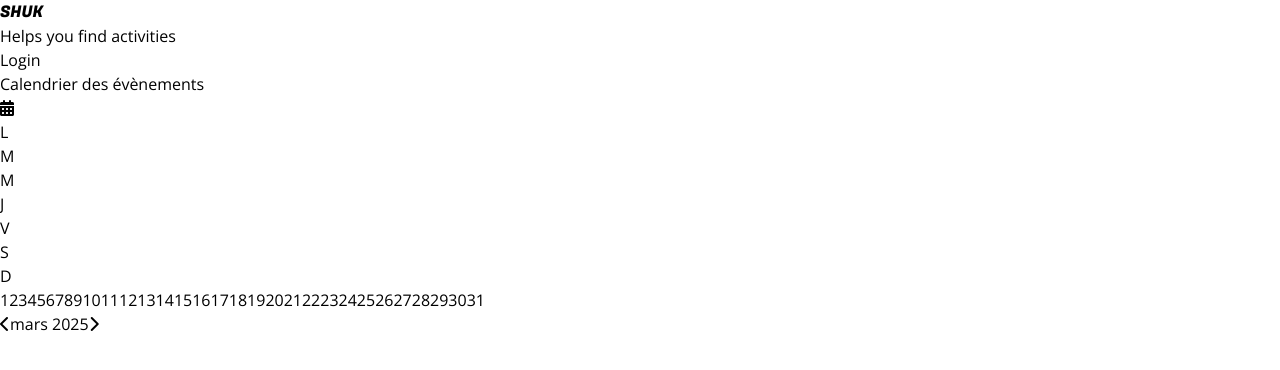
Repository: Yruamaaaa/uqac_app_test1
Page: /, after clicking the first element matching `button.text-gray-600`
An editor plug-in stored every save of this project. The page is shown before and after the next save, followed by the edit.
The browser window is 1280 px wide. The pictures show the whole page.
The page's requests for data from a server got no answer. The project was rebuilt for these pictures with package versions that can differ from the ones it lists, and the page was loaded fresh each time. The framework's server and built-in components were replaced by stand-ins that run in the browser. No one was signed in, and anything a server would have sent is missing. Also part of the build but not shown: next.config.js, next.config.mjs, components/Logout.js, components/Loading.js.

Above is the page before, as saved 2025-04-05 19:16:09.

### app/layout.js
import { Fugaz_One, Open_Sans } from "next/font/google";
import "./globals.css";
import Link from "next/link";
import { AuthProvider } from "@/context/AuthContext";
import Head from "./head";
import Logout from "@/components/Logout";

const open_sans = Open_Sans({ subsets: ["latin"] });
const fugaz = Fugaz_One({ subsets: ["latin"], weight: ['400'] });

export const metadata = {
  title: "Shuk",
  description: "Track your daily activity every day of the year!",
};

export default function RootLayout({ children }) {
  return (
    <html lang="en">
      <Head />
      <body className={'w-full mx-auto text-sm sm:text-base min-h-screen flex flex-col text-slate-800 ' + open_sans.className}>
        <AuthProvider>
          {children}
        </AuthProvider>
      </body>
    </html>
  );
}

### app/page.js
'use client'
import { Fugaz_One } from 'next/font/google'
import { useAuth } from '@/context/AuthContext'
import { useRouter } from 'next/navigation'
import dynamic from 'next/dynamic'
import Loading from '@/components/Loading'
import Calendar from '@/components/Calendar'

const fugaz = Fugaz_One({ subsets: ["latin"], weight: ['400'] })

// Dynamically import Button to avoid hydration issues
const Button = dynamic(() => import('@/components/Button'), {
    ssr: false,
    loading: () => <Loading />
})

export default function Home() {
    const { currentUser, loading } = useAuth()
    const router = useRouter()

    if (loading) {
        return <Loading />
    }

    return (
        <main className="min-h-screen flex flex-col items-center p-4 max-w-5xl mx-auto w-full">
            <div className="text-center space-y-4 mb-8 pt-16 md:pt-24">
                <h1 className={`text-4xl md:text-6xl ${fugaz.className}`}>
                    SHUK
                </h1>
                <p className="text-base md:text-lg text-gray-600">
                    Helps you find activities
                </p>
                <div className="mt-4 max-w-xs mx-auto">
                    {currentUser ? (
                        <Button
                            text="Go to Dashboard"
                            onClick={() => router.push('/dashboard')}
                            full
                        />
                    ) : (
                        <Button
                            text="Login"
                            onClick={() => router.push('/login')}
                            full
                        />
                    )}
                </div>
            </div>

            <div className="w-full bg-white rounded-xl shadow-sm p-4 transform scale-90">
                <Calendar defaultView="week" />
            </div>
        </main>
    )
}

### app/globals.css
@tailwind base;
@tailwind components;
@tailwind utilities;

.textGradient {
  background : -webkit-linear-gradient(#000000,#6a6a6a);
  -webkit-background-clip: text;
  -webkit-text-fill-color: transparent;
}

.purpleShadow {
  box-shadow: 3px 3px 1px 1px rgb(141, 197, 235);
}

.purpleShadow:hover {
  transform: translate(3px, 3px);
  box-shadow: 0px 0px 1px 1px rgb(141, 197, 235);
}

### app/head.js
import React from 'react'

export default function Head() {
    return (
        <head>
            <link rel="icon" href="favicon.png" sizes="any" />
            <link rel="stylesheet" href="https://cdnjs.cloudflare.com/ajax/libs/font-awesome/6.5.2/css/all.min.css" integrity="sha512-SnH5WK+bZxgPHs44uWIX+LLJAJ9/2PkPKZ5QiAj6Ta86w+fsb2TkcmfRyVX3pBnMFcV7oQPJkl9QevSCWr3W6A==" crossOrigin="anonymous" referrerPolicy="no-referrer" />
        </head>
    )
}

### components/Calendar.js
'use client'
import React, { useState, useEffect } from 'react'
import { db } from '@/firebase'
import { collection, query, where, getDocs } from 'firebase/firestore'
import { useAuth } from '@/context/AuthContext'
import Image from 'next/image'

// Generate hours from 8am to 10pm
const hours = Array.from({ length: 15 }, (_, i) => i + 8)

export default function Calendar() {
    const [isMonthView, setIsMonthView] = useState(false)
    const [currentDate, setCurrentDate] = useState(new Date())
    const [events, setEvents] = useState([])
    const [loading, setLoading] = useState(true)
    const [selectedEvent, setSelectedEvent] = useState(null)
    const { currentUser } = useAuth()

    // Get current day and calculate week start/end
    const today = new Date()
    const startOfWeek = new Date(currentDate)
    startOfWeek.setDate(currentDate.getDate() - currentDate.getDay() + 1) // Start from Monday
    const dates = []

    // Generate dates for week view
    if (!isMonthView) {
        for (let i = 0; i < 7; i++) {
            const date = new Date(startOfWeek)
            date.setDate(startOfWeek.getDate() + i)
            dates.push(date)
        }
    }

    // Fetch events from Firestore
    useEffect(() => {
        const fetchEvents = async () => {
            try {
                setLoading(true)
                const eventsRef = collection(db, 'events')
                const q = query(eventsRef, where('status', '==', 'active'))
                const querySnapshot = await getDocs(q)

                const eventsData = querySnapshot.docs.map(doc => ({
                    id: doc.id,
                    ...doc.data()
                }))

                setEvents(eventsData)
            } catch (error) {
                console.error('Error fetching events:', error)
            } finally {
                setLoading(false)
            }
        }

        fetchEvents()
    }, [currentDate]) // Refetch when date changes

    // Navigate between weeks/months
    const navigateDate = (direction) => {
        const newDate = new Date(currentDate)
        if (isMonthView) {
            newDate.setMonth(currentDate.getMonth() + direction)
        } else {
            newDate.setDate(currentDate.getDate() + (direction * 7))
        }
        setCurrentDate(newDate)
    }

    // Check if a date is today
    const isToday = (date) => {
        return date.toDateString() === today.toDateString()
    }

    // Format date for display
    const formatDate = (date) => {
        return date.getDate()
    }

    // Format hour for display
    const formatHour = (hour) => {
        return `${hour}:00`
    }

    // Get events for a specific day and hour
    const getEvents = (date, hour) => {
        return events.filter(event => {
            const eventDate = new Date(event.date)
            return eventDate.toDateString() === date.toDateString() &&
                   event.startHour === hour
        })
    }

    // Calculate event height based on duration
    const getEventHeight = (duration) => {
        return `${duration * 48}px` // 48px is the height of one hour slot
    }

    // Get color class based on sport type
    const getEventColor = (sportType) => {
        const colors = {
            football: 'bg-blue-100 border-blue-300 text-blue-700',
            basketball: 'bg-orange-100 border-orange-300 text-orange-700',
            tennis: 'bg-green-100 border-green-300 text-green-700',
            badminton: 'bg-purple-100 border-purple-300 text-purple-700',
            running: 'bg-red-100 border-red-300 text-red-700',
            gym: 'bg-yellow-100 border-yellow-300 text-yellow-700',
            other: 'bg-gray-100 border-gray-300 text-gray-700'
        }
        return colors[sportType] || colors.other
    }

    return (
        <div className="mt-6">
            <div className="flex items-center justify-between mb-2">
                <h2 className="font-medium">Calendrier des évènements</h2>
                <div className="flex items-center gap-2">
                    {currentUser && (
                        <a
                            href="/events/create"
                            className="text-gray-600 hover:text-gray-800 transition-colors"
                            title="Créer un nouvel événement"
                        >
                            <i className="fa-solid fa-plus"></i>
                        </a>
                    )}
                    <button
                        onClick={() => setIsMonthView(!isMonthView)}
                        className="text-gray-600 hover:text-gray-800 transition-colors"
                        title={isMonthView ? "Switch to week view" : "Switch to month view"}
                    >
                        <i className={`fa-solid ${isMonthView ? 'fa-calendar-days' : 'fa-calendar'}`}></i>
                    </button>
                </div>
            </div>
            <div className="bg-white rounded-xl p-4 shadow-sm overflow-hidden">
                {isMonthView ? (
                    // Month view
                    <>
                        <div className="grid grid-cols-7 gap-1">
                            <div className="text-center text-sm text-gray-500">L</div>
                            <div className="text-center text-sm text-gray-500">M</div>
                            <div className="text-center text-sm text-gray-500">M</div>
                            <div className="text-center text-sm text-gray-500">J</div>
                            <div className="text-center text-sm text-gray-500">V</div>
                            <div className="text-center text-sm text-gray-500">S</div>
                            <div className="text-center text-sm text-gray-500">D</div>

                            {Array.from({ length: 31 }, (_, i) => {
                                const date = new Date(currentDate.getFullYear(), currentDate.getMonth(), i + 1)
                                return (
                                    <button
                                        key={i}
                                        className={`text-center py-1 text-sm rounded-full transition-colors
                                            ${isToday(date) ? 'bg-black text-white' : 'hover:bg-gray-100'}`}
                                    >
                                        {i + 1}
                                    </button>
                                )
                            })}
                        </div>
                    </>
                ) : (
                    // Week view
                    <div className="relative max-h-[calc(100vh-16rem)] overflow-y-auto">
                        {/* Scrollable content */}
                        <div className="overflow-x-auto">
                            <div className="min-w-[500px] sm:min-w-[600px] md:min-w-[800px]">
                                {/* Week header */}
                                <div className="grid grid-cols-8 gap-1 mb-2 border-b pb-2 sticky top-0 bg-white z-10">
                                    <div className="w-16"></div> {/* Spacer for hours column */}
                                    {dates.map((date, i) => (
                                        <div
                                            key={i}
                                            className={`text-center text-sm ${isToday(date) ? 'font-bold' : ''}`}
                                        >
                                            <div className="hidden sm:block">{['Lundi', 'Mardi', 'Mercredi', 'Jeudi', 'Vendredi', 'Samedi', 'Dimanche'][i]}</div>
                                            <div className="sm:hidden">{['Lun', 'Mar', 'Mer', 'Jeu', 'Ven', 'Sam', 'Dim'][i]}</div>
                                            <div className={`rounded-full w-7 h-7 mx-auto flex items-center justify-center ${isToday(date) ? 'bg-black text-white' : ''}`}>
                                                {formatDate(date)}
                                            </div>
                                        </div>
                                    ))}
                                </div>

                                {/* Time slots */}
                                <div className="relative">
                                    {hours.map(hour => (
                                        <div key={hour} className="grid grid-cols-8 gap-1 border-b last:border-b-0">
                                            {/* Hours column */}
                                            <div className="w-16 flex items-center justify-end pr-2 text-sm text-gray-500 border-r">
                                                {formatHour(hour)}
                                            </div>
                                            {/* Days columns */}
                                            {dates.map((date, dayIndex) => (
                                                <div
                                                    key={dayIndex}
                                                    className="border-l h-12 hover:bg-gray-50 transition-colors cursor-pointer relative"
                                                >
                                                    {getEvents(date, hour).map(event => (
                                                        <div
                                                            key={event.id}
                                                            className={`absolute w-[calc(100%-8px)] left-1 p-1 rounded border ${getEventColor(event.sportType)}`}
                                                            style={{
                                                                height: getEventHeight(event.duration),
                                                                zIndex: 10
                                                            }}
                                                            onClick={() => setSelectedEvent(event)}
                                                        >
                                                            {event.imageUrl && event.duration >= 2 && (
                                                                <div className="relative w-full h-8 mb-1 rounded overflow-hidden">
                                                                    <Image
                                                                        src={event.imageUrl}
                                                                        alt={event.title}
                                                                        fill
                                                                        className="object-cover"
                                                                    />
                                                                </div>
                                                            )}
                                                            <p className="text-xs font-medium truncate">{event.title}</p>
                                                            <p className="text-xs truncate">Par {event.authorName}</p>
                                                        </div>
                                                    ))}
                                                </div>
                                            ))}
                                        </div>
                                    ))}
                                </div>
                            </div>
                        </div>
                    </div>
                )}

                {/* Event Details Modal */}
                {selectedEvent && (
                    <div className="fixed inset-0 bg-black bg-opacity-50 flex items-center justify-center z-50">
                        <div className="bg-white rounded-xl p-6 max-w-md w-full mx-4">
                            <div className="flex justify-between items-start mb-4">
                                <h3 className="text-xl font-semibold">{selectedEvent.title}</h3>
                                <button
                                    onClick={() => setSelectedEvent(null)}
                                    className="text-gray-500 hover:text-gray-700"
                                >
                                    <i className="fa-solid fa-xmark"></i>
                                </button>
                            </div>

                            {selectedEvent.imageUrl && (
                                <div className="relative w-full h-48 mb-4 rounded-lg overflow-hidden">
                                    <Image
                                        src={selectedEvent.imageUrl}
                                        alt={selectedEvent.title}
                                        fill
                                        className="object-cover"
                                    />
                                </div>
                            )}

                            <div className="space-y-3">
                                <div>
                                    <p className="text-sm text-gray-500">Description</p>
                                    <p className="text-gray-800">{selectedEvent.description}</p>
                                </div>

                                <div className="grid grid-cols-2 gap-4">
                                    <div>
                                        <p className="text-sm text-gray-500">Lieu</p>
                                        <p className="text-gray-800">{selectedEvent.location}</p>
                                    </div>
                                    <div>
                                        <p className="text-sm text-gray-500">Type de sport</p>
                                        <p className="text-gray-800 capitalize">{selectedEvent.sportType}</p>
                                    </div>
                                </div>

                                <div className="grid grid-cols-2 gap-4">
                                    <div>
                                        <p className="text-sm text-gray-500">Participants</p>
                                        <p className="text-gray-800">{selectedEvent.participants.length}/{selectedEvent.maxParticipants}</p>
                                    </div>
                                    <div>
                                        <p className="text-sm text-gray-500">Durée</p>
                                        <p className="text-gray-800">{selectedEvent.duration} heure{selectedEvent.duration > 1 ? 's' : ''}</p>
                                    </div>
                                </div>

                                <div>
                                    <p className="text-sm text-gray-500">Créé par</p>
                                    <p className="text-gray-800">{selectedEvent.authorName}</p>
                                </div>
                            </div>

                            <div className="mt-6 flex justify-end">
                                <button
                                    onClick={() => setSelectedEvent(null)}
                                    className="px-4 py-2 bg-gray-100 text-gray-700 rounded-lg hover:bg-gray-200 transition-colors"
                                >
                                    Fermer
                                </button>
                            </div>
                        </div>
                    </div>
                )}

                <div className="flex justify-between mt-4">
                    <button
                        onClick={() => navigateDate(-1)}
                        className="text-gray-400 hover:text-gray-600 transition-colors"
                    >
                        <i className="fa-solid fa-chevron-left"></i>
                    </button>
                    <span className="text-sm font-medium">
                        {currentDate.toLocaleDateString('fr-FR', {
                            month: 'long',
                            year: 'numeric'
                        })}
                    </span>
                    <button
                        onClick={() => navigateDate(1)}
                        className="text-gray-400 hover:text-gray-600 transition-colors"
                    >
                        <i className="fa-solid fa-chevron-right"></i>
                    </button>
                </div>
            </div>
        </div>
    )
}

### components/Button.js
'use client'
import Link from 'next/link'

export default function Button({ text, dark = false, full = false, href, onClick }) {
    const className = `px-6 py-3 ${dark ? 'bg-black text-white hover:bg-gray-800' : 'bg-gray-100 text-gray-800 hover:bg-gray-200'} rounded-full font-medium transition-colors ${full ? 'w-full' : ''}`

    if (href) {
        return (
            <Link href={href} className={className}>
                {text}
            </Link>
        )
    }

    return (
        <button onClick={onClick} className={className}>
            {text}
        </button>
    )
}

### firebase.js
'use client'
// Import the functions you need from the SDKs you need
import { initializeApp } from "firebase/app";
import { getAuth } from "firebase/auth";
import { getFirestore } from "firebase/firestore";
import { getStorage } from "firebase/storage";
// TODO: Add SDKs for Firebase products that you want to use
// https://firebase.google.com/docs/web/setup#available-libraries

// Your web app's Firebase configuration
const firebaseConfig = {
  apiKey: process.env.NEXT_PUBLIC_API_KEY,
  authDomain: process.env.NEXT_PUBLIC_AUTH_DOMAIN,
  projectId: process.env.NEXT_PUBLIC_PROJECT_ID,
  storageBucket: process.env.NEXT_PUBLIC_STORAGE_BUCKET,
  messagingSenderId: process.env.NEXT_PUBLIC_MESSAGING_SENDER_ID,
  appId: process.env.NEXT_PUBLIC_APP_ID,
};

// Initialize Firebase
const app = initializeApp(firebaseConfig);

export const auth = getAuth(app)
export const db = getFirestore(app)
export const storage = getStorage(app)

Loaded but not shown: context/AuthContext.js (159 lines, source omitted); tailwind.config.js (empty)

After the next save:
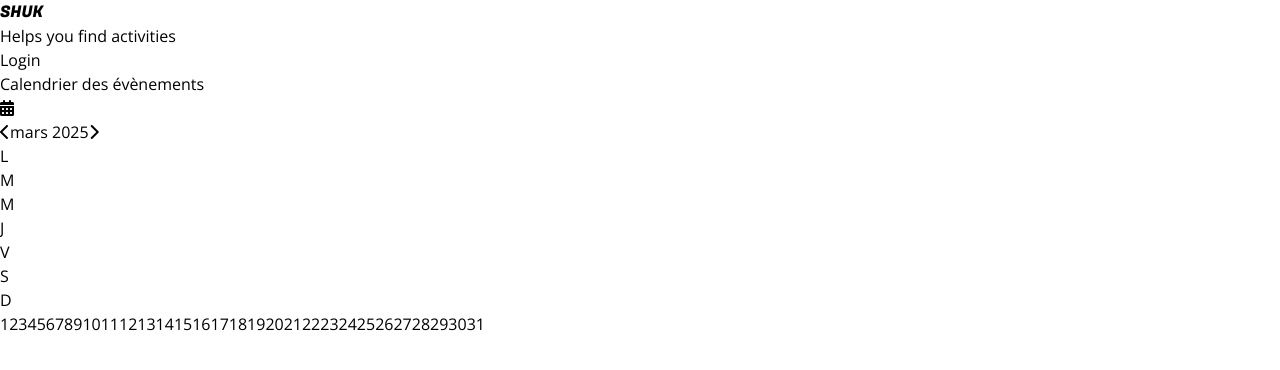
Saved 2 min 3 s later.
--- a/components/Calendar.js
+++ b/components/Calendar.js
@@ -137,6 +137,26 @@ export default function Calendar() {
                 {isMonthView ? (
                     // Month view
                     <>
+                        <div className="flex justify-between mb-4">
+                            <button
+                                onClick={() => navigateDate(-1)}
+                                className="text-gray-400 hover:text-gray-600 transition-colors"
+                            >
+                                <i className="fa-solid fa-chevron-left"></i>
+                            </button>
+                            <span className="text-sm font-medium">
+                                {currentDate.toLocaleDateString('fr-FR', {
+                                    month: 'long',
+                                    year: 'numeric'
+                                })}
+                            </span>
+                            <button
+                                onClick={() => navigateDate(1)}
+                                className="text-gray-400 hover:text-gray-600 transition-colors"
+                            >
+                                <i className="fa-solid fa-chevron-right"></i>
+                            </button>
+                        </div>
                         <div className="grid grid-cols-7 gap-1">
                             <div className="text-center text-sm text-gray-500">L</div>
                             <div className="text-center text-sm text-gray-500">M</div>
@@ -163,6 +183,26 @@ export default function Calendar() {
                 ) : (
                     // Week view
                     <div className="relative max-h-[calc(100vh-16rem)] overflow-y-auto">
+                        <div className="flex justify-between mb-4">
+                            <button
+                                onClick={() => navigateDate(-1)}
+                                className="text-gray-400 hover:text-gray-600 transition-colors"
+                            >
+                                <i className="fa-solid fa-chevron-left"></i>
+                            </button>
+                            <span className="text-sm font-medium">
+                                {currentDate.toLocaleDateString('fr-FR', {
+                                    month: 'long',
+                                    year: 'numeric'
+                                })}
+                            </span>
+                            <button
+                                onClick={() => navigateDate(1)}
+                                className="text-gray-400 hover:text-gray-600 transition-colors"
+                            >
+                                <i className="fa-solid fa-chevron-right"></i>
+                            </button>
+                        </div>
                         {/* Scrollable content */}
                         <div className="overflow-x-auto">
                             <div className="min-w-[500px] sm:min-w-[600px] md:min-w-[800px]">
@@ -301,27 +341,6 @@ export default function Calendar() {
                         </div>
                     </div>
                 )}
-
-                <div className="flex justify-between mt-4">
-                    <button
-                        onClick={() => navigateDate(-1)}
-                        className="text-gray-400 hover:text-gray-600 transition-colors"
-                    >
-                        <i className="fa-solid fa-chevron-left"></i>
-                    </button>
-                    <span className="text-sm font-medium">
-                        {currentDate.toLocaleDateString('fr-FR', {
-                            month: 'long',
-                            year: 'numeric'
-                        })}
-                    </span>
-                    <button
-                        onClick={() => navigateDate(1)}
-                        className="text-gray-400 hover:text-gray-600 transition-colors"
-                    >
-                        <i className="fa-solid fa-chevron-right"></i>
-                    </button>
-                </div>
             </div>
         </div>
     )
